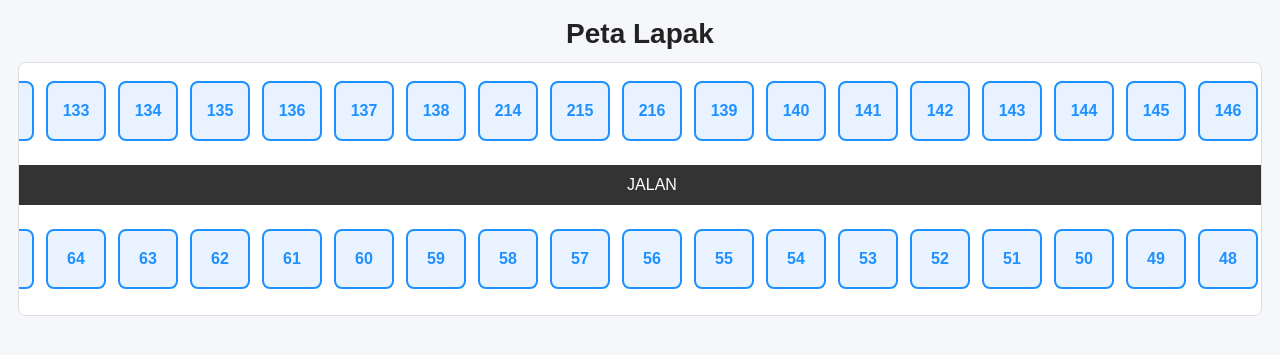
Repository: pasarrakyatbak/denah
Page: index.html
These files come from the project's save history. The page is drawn as it stood at one moment and after the next save; the edit follows.
The browser window is 1280 px wide. The pictures show the whole page.

Above is the page before, as saved 2025-09-19 08:25:36.

### index.html
<!DOCTYPE html>
<html lang="id">

<head>
    <meta charset="utf-8" />
    <meta name="viewport" content="width=device-width,initial-scale=1" />
    <title>Peta Lapak</title>
    <link rel="stylesheet" href="style.css" />
</head>

<body>
    <h1>Peta Lapak</h1>

    <div class="scroll-container">
        <div class="h-inner">
            <!-- Baris atas: sisi kanan -->
            <div class="row top" id="right-side"></div>

            <!-- Jalan horizontal -->
            <div class="road" id="road">JALAN</div>

            <!-- Baris bawah: sisi kiri -->
            <div class="row bottom" id="left-side"></div>
        </div>
    </div>

    <script src="script.js"></script>
</body>

</html>

### style.css
/* reset */
* {
    box-sizing: border-box;
    margin: 0;
    padding: 0;
}

body {
    font-family: Arial, Helvetica, sans-serif;
    background: #f5f7fa;
    color: #222;
    padding: 18px;
    text-align: center;
}

/* judul */
h1 {
    margin-bottom: 12px;
    font-size: 28px;
}

/* kontainer scroll HORIZONTAL */
.scroll-container {
    position: relative;
    width: 100%;
    overflow-x: auto;
    /* horizontal scroll */
    overflow-y: hidden;
    border: 1px solid #ddd;
    background: #fff;
    border-radius: 8px;
    padding: 12px;
}

/* inner yang lebarnya disesuaikan (min-width: max-content supaya tidak ter-compress) */
.h-inner {
    display: flex;
    flex-direction: column;
    /* top row, road, bottom row */
    gap: 18px;
    align-items: flex-start;
    /* agar row tidak ter-stretch */
    min-width: max-content;
    /* sangat penting supaya horizontal scroll bekerja penuh */
    padding-bottom: 8px;
}

/* baris lapak (atas & bawah) */
.row {
    display: flex;
    gap: 12px;
    align-items: center;
    min-width: max-content;
    /* pastikan tidak dipotong */
    padding: 6px 0;
}

/* tampilan kotak lapak */
.lapak {
    width: 60px;
    height: 60px;
    border-radius: 8px;
    background: #e9f2ff;
    border: 2px solid #1e90ff;
    color: #1e90ff;
    font-weight: 700;
    display: flex;
    align-items: center;
    justify-content: center;
    user-select: none;
}

/* jalan horizontal (akan di-set lebarnya lewat JS supaya sejajar dengan row terpanjang) */
.road {
    height: 40px;
    background: #333;
    color: #fff;
    display: flex;
    align-items: center;
    justify-content: center;
    border-radius: 8px;
    padding: 0 10px;
    min-width: max-content;
}

/* gerbang (kotak orange) */
.jalan-gerbang {
    width: 120px;
    height: 40px;
    background: #ff8c1a;
    color: white;
    display: flex;
    align-items: center;
    justify-content: center;
    border-radius: 8px;
    font-weight: 700;
    margin-left: 6px;
    margin-right: 6px;
}

/* responsive: ukuran kotak lapak kecil di layar sempit */
@media (max-width: 900px) {
    .lapak {
        width: 50px;
        height: 50px;
    }

    .jalan-gerbang {
        width: 100px;
        height: 36px;
    }
}

@media (max-width: 480px) {
    .lapak {
        width: 40px;
        height: 40px;
        font-size: 12px;
    }

    .jalan-gerbang {
        width: 90px;
        height: 34px;
        font-size: 13px;
    }

    .gapura {
        text-align: center;
        font-weight: bold;
        background: #ffcc00;
        color: #333;
        padding: 10px;
        margin: 8px 0;
        border-radius: 6px;
        width: fit-content;
        position: absolute;
        top: 50%;
        /* sesuaikan posisi vertikal */
        left: 50%;
        /* posisi horizontal awal */
        transform: translate(-50%, -50%);
        z-index: 10;
    }


}

### script.js
// === data nomor (sudah Anda berikan) ===
const leftNumbers = [
    1, 2, 3, 4, 5, 6, 7, 8, 9, 10, 11,
    15, 16, 17, 18, 19, 20, 21, 22, 23, 24, 25, 26, 27, 28, 29, 30,
    31, 32, 33, 34, 35, 36, 37, 38, 39, 40, 41, 42, 43, 44, 45, 46, 47, 48, 49, 50,
    51, 52, 53, 54, 55, 56, 57, 58, 59, 60, 61, 62, 63, 64, 65, 66, 67, 68, 69, 70,
    71, 72, 73, 74, 75, 76, 77, 78, 79, 80, 81, 82, 83, 84, 85, 86, 87, 88, 89, 90,
    91, 92, 93, 94, 95, 96, 97, 98, 99, 100, 101, 102, 103, 104,
    186, 187, 188, 189, 190, 191, 192, 193
];

const rightNumbers = [
    194, 195, 196, 197, 198, 199, 200, 201, 202, 203, 204, 205, 206, 207, 208, 209, 210, 211, 212, 213,
    105, 106, 107, 108, 109, 110, 111, 112, 113, 114, 115, 116, 117, 118, 119, 120, 121, 122, 123, 124,
    125, 126, 127, 128, 129, 130, 131, 132, 133, 134, 135, 136, 137, 138,
    214, 215, 216,
    139, 140, 141, 142, 143, 144, 145, 146, 147, 148, 149, 150, 151, 152, 153, 154, 155, 156, 157, 158, 159, 160,
    161, 162, 163, 164, 165, 166, 167, 168, 169, 170, 171, 172, 173, 174, 175, 176, 177, 178, 179, 180,
    181, 182, 183, 184, 185
];

// cari elemen
const rightSide = document.getElementById('right-side');
const leftSide = document.getElementById('left-side');
const road = document.getElementById('road');
const hInner = document.querySelector('.h-inner');
const scrollContainer = document.querySelector('.scroll-container');

// fungsi buat kotak lapak
function makeLapak(num) {
    const d = document.createElement('div');
    d.className = 'lapak';
    d.textContent = num;
    return d;
}

// Render:
// kanan = urutan asli
rightNumbers.forEach(n => rightSide.appendChild(makeLapak(n)));

// kiri = dibalik
leftNumbers.slice().reverse().forEach(n => leftSide.appendChild(makeLapak(n)));

// Sisipkan "Gerbang Sekolah" di sisi kiri
function insertGerbangBetween(parent, a, b, label = 'Gerbang Sekolah') {
    const children = Array.from(parent.children);
    const idxA = children.findIndex(c => c.textContent == String(a));
    const idxB = children.findIndex(c => c.textContent == String(b));
    if (idxA === -1 || idxB === -1) return;
    const insertAfterIndex = Math.min(idxA, idxB);
    const refNode = parent.children[insertAfterIndex + 1] || null;
    const g = document.createElement('div');
    g.className = 'jalan-gerbang';
    g.textContent = label;
    parent.insertBefore(g, refNode);
}

// Gerbang di bawah (sisi kiri)
insertGerbangBetween(leftSide, 2, 3);
insertGerbangBetween(leftSide, 11, 15);

// Sesuaikan lebar jalan
function adjustRoadAndWidth() {
    const wTop = rightSide.scrollWidth;
    const wBottom = leftSide.scrollWidth;
    const maxW = Math.max(wTop, wBottom);

    hInner.style.minWidth = (maxW + 40) + 'px';
    road.style.width = maxW + 'px';

    const containerW = scrollContainer.clientWidth;
    scrollContainer.scrollLeft = Math.max(0, (maxW - containerW) / 2);
}

adjustRoadAndWidth();
window.addEventListener('resize', () => {
    clearTimeout(window._adjustTimeout);
    window._adjustTimeout = setTimeout(adjustRoadAndWidth, 120);
});

After the next save:
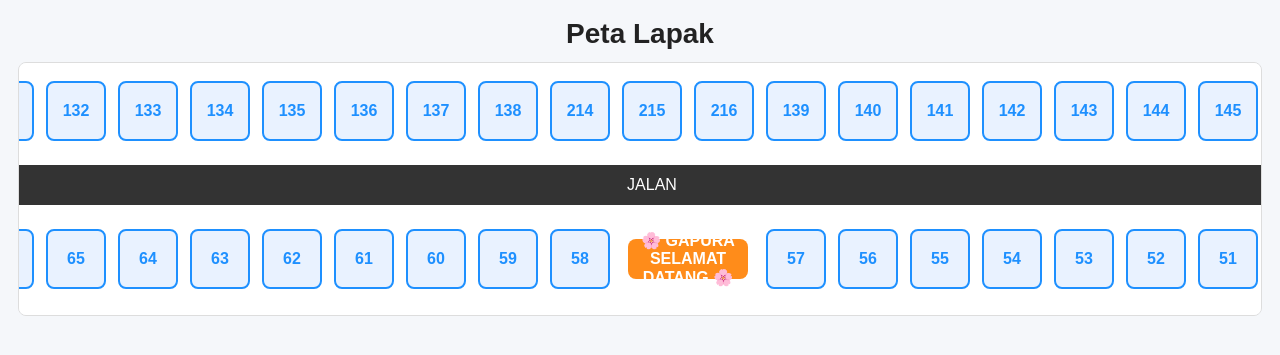
Saved 58 s later.
--- a/script.js
+++ b/script.js
@@ -18,7 +18,6 @@ const rightNumbers = [
     161, 162, 163, 164, 165, 166, 167, 168, 169, 170, 171, 172, 173, 174, 175, 176, 177, 178, 179, 180,
     181, 182, 183, 184, 185
 ];
-
 // cari elemen
 const rightSide = document.getElementById('right-side');
 const leftSide = document.getElementById('left-side');
@@ -55,11 +54,10 @@ function insertGerbangBetween(parent, a, b, label = 'Gerbang Sekolah') {
     parent.insertBefore(g, refNode);
 }
 
-// Gerbang di bawah (sisi kiri)
-insertGerbangBetween(leftSide, 2, 3);
-insertGerbangBetween(leftSide, 11, 15);
+// Contoh gerbang di sisi kiri
+insertGerbangBetween(leftSide, 57, 58, '🌸 GAPURA SELAMAT DATANG 🌸');
 
-// Sesuaikan lebar jalan
+// Sesuaikan lebar jalan & scroll
 function adjustRoadAndWidth() {
     const wTop = rightSide.scrollWidth;
     const wBottom = leftSide.scrollWidth;
